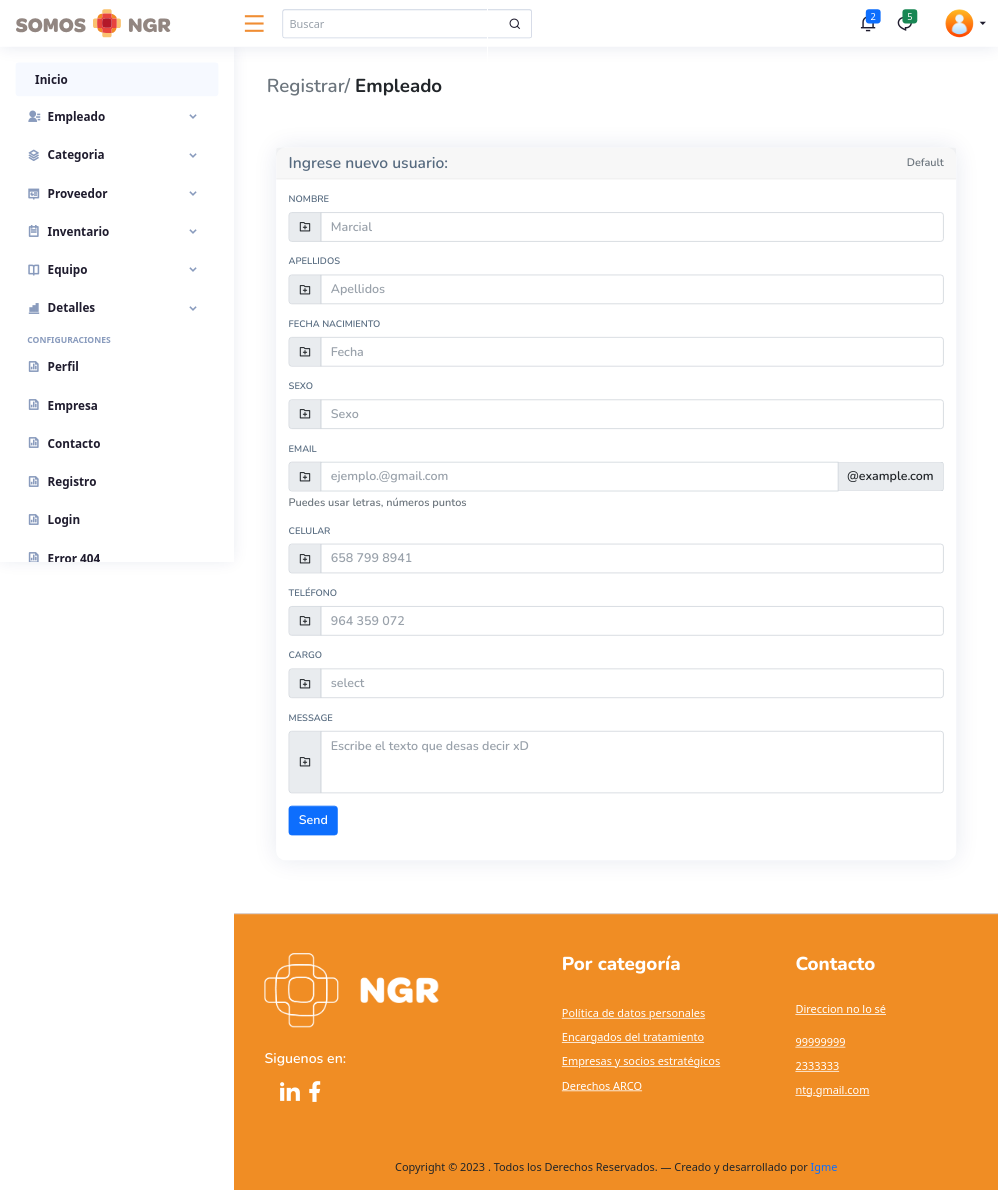
Repository: igmeMarcial/ProyectoLP-2023
Page: http://localhost/proyectoLP_2023/RegistrarEmpleado.jsp
The author's editor kept a copy of each file at every save. The page is drawn from the files as they stood at one save, then again after the next save.
The browser window is 1280 px wide. The pictures show the whole page, at 78% of full size.
Some web fonts or font styles are not loaded; a fallback is used. The page is served by Tomcat 9. The template is opened directly, without the code that normally fills it, so the values that code supplies are empty.

Above is the page before, as saved 2023-03-23 04:13:35.

After the next save:
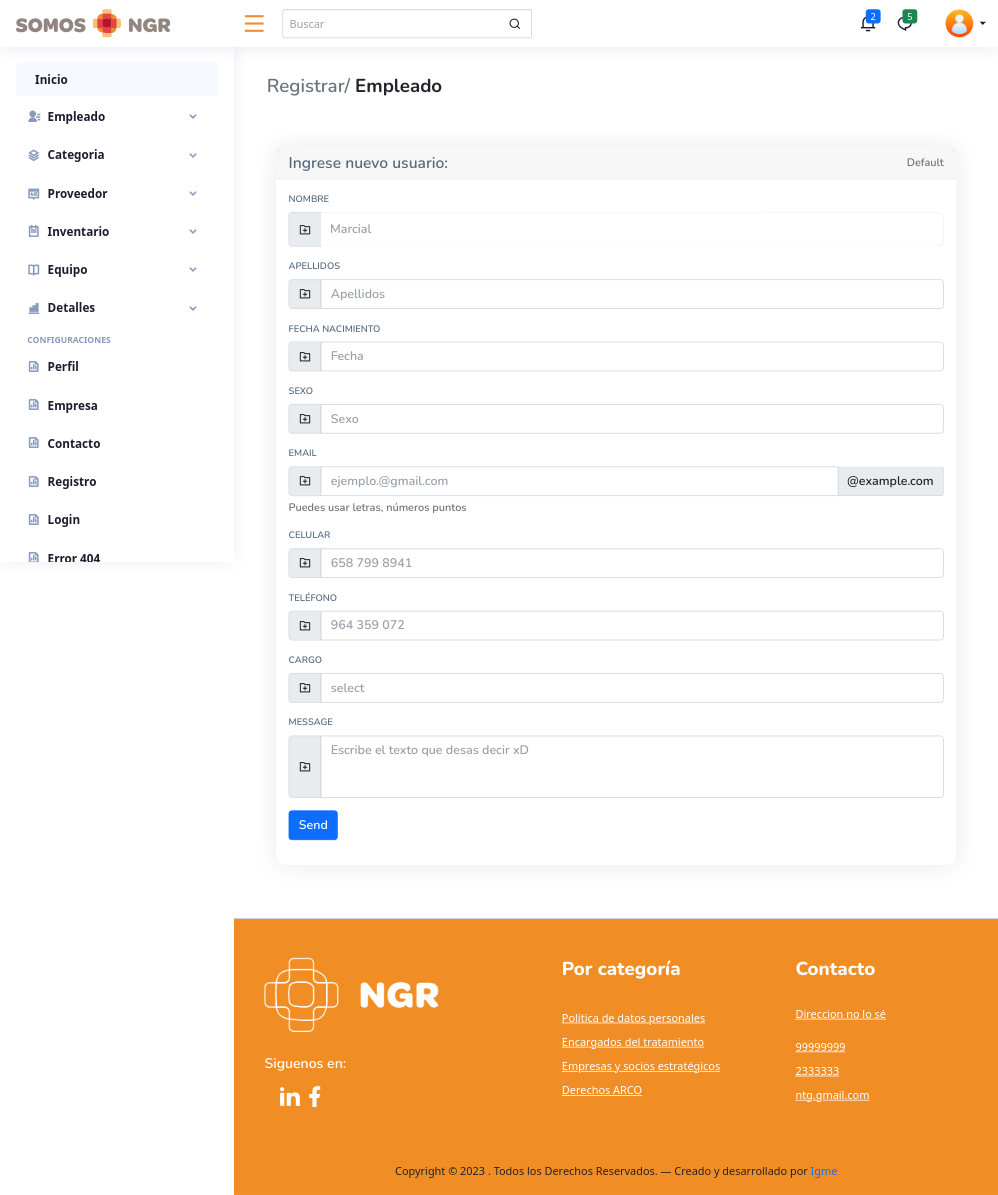
Saved 46 s later.
--- a/proyectoLP_2023/WebContent/RegistrarEmpleado.jsp
+++ b/proyectoLP_2023/WebContent/RegistrarEmpleado.jsp
@@ -307,7 +307,7 @@
 										<label class="form-label" for="basic-icon-default-fullname">Nombre</label>
 										<div class="input-group input-group-merge">
 											<span id="basic-icon-default-fullname2" class="input-group-text"><i class="ri-folder-add-line"></i></span>
-											<input type="text" class="form-control" id="basic-icon-default-fullname" placeholder="Marcial" aria-label="John Doe" aria-describedby="basic-icon-default-fullname2" />
+											<input type="text" class="form-control inputCustom" id="basic-icon-default-fullname" placeholder="Marcial" aria-label="John Doe" aria-describedby="basic-icon-default-fullname2" />
 										</div>
 									</div>
 									<div class="mb-3">
